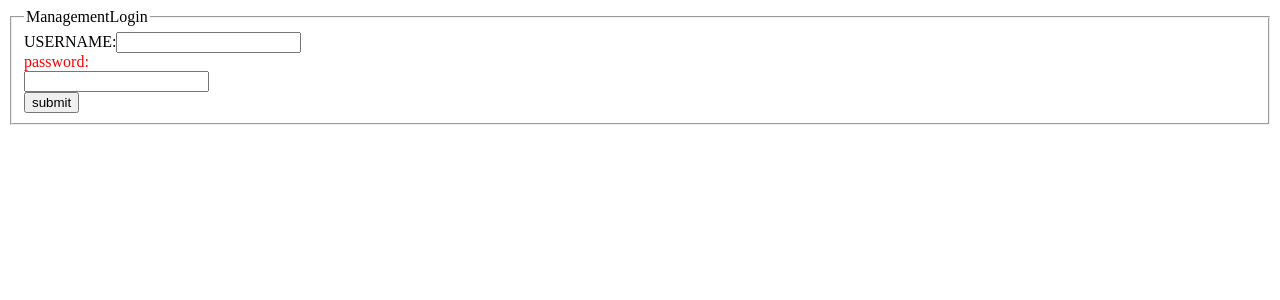
Repository: JanapatlaManojReddy/java
Page: http://localhost/institutionProject/ManagementLogin.jsp
The author's editor kept a copy of each file at every save. The page is drawn from the files as they stood at one save, then again after the next save.
The browser window is 1280 px wide. The pictures show the whole page.
The page is served by Tomcat 9.

Above is the page before, as saved 2023-08-20 17:26:20.

After the next save:
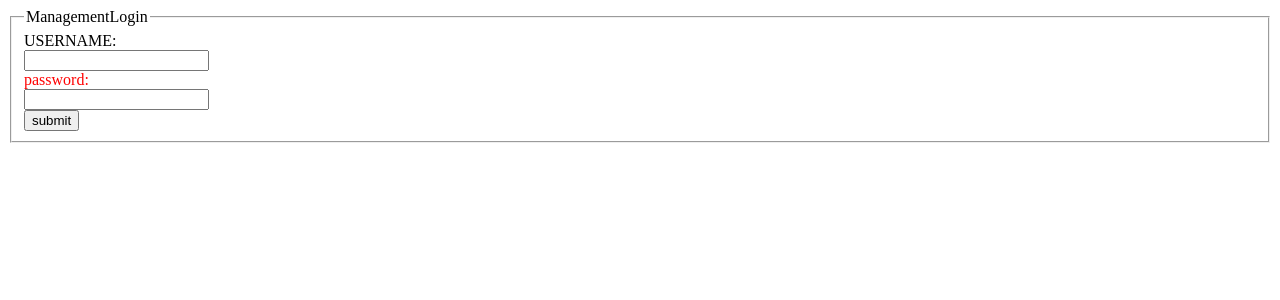
Saved 27 s later.
--- a/institutionProject/src/main/webapp/ManagementLogin.jsp
+++ b/institutionProject/src/main/webapp/ManagementLogin.jsp
@@ -6,12 +6,6 @@
 <style>
 p{
 diplay:block;
-}
-.container #user_error,
-.container #pass_error{
-color:red;
-
-
 }
 
 </style>
@@ -23,13 +17,13 @@ color:red;
 <form  name="myform" action="ManagerServlet" onsubmit="return validation()" method="post">
 <fieldSet>
 <legend>ManagementLogin</legend>
-<div class="container">
-<div id="usname">USERNAME:<input type="text" name="username"></div>
-
-<div id="user_error" ><div>
+<div class="">
+<div id="usname">USERNAME:</div>
+<input type="text" name="username">
+<div id="user" style="color:red;"><div>
 <div id="psword">password:</div>
 <input type="password" name="password">
-<div id="pass_error" ></div>
+<div id="pass" style="color:red;"></div>
 <input type="submit" value="submit">
 
 </div>
